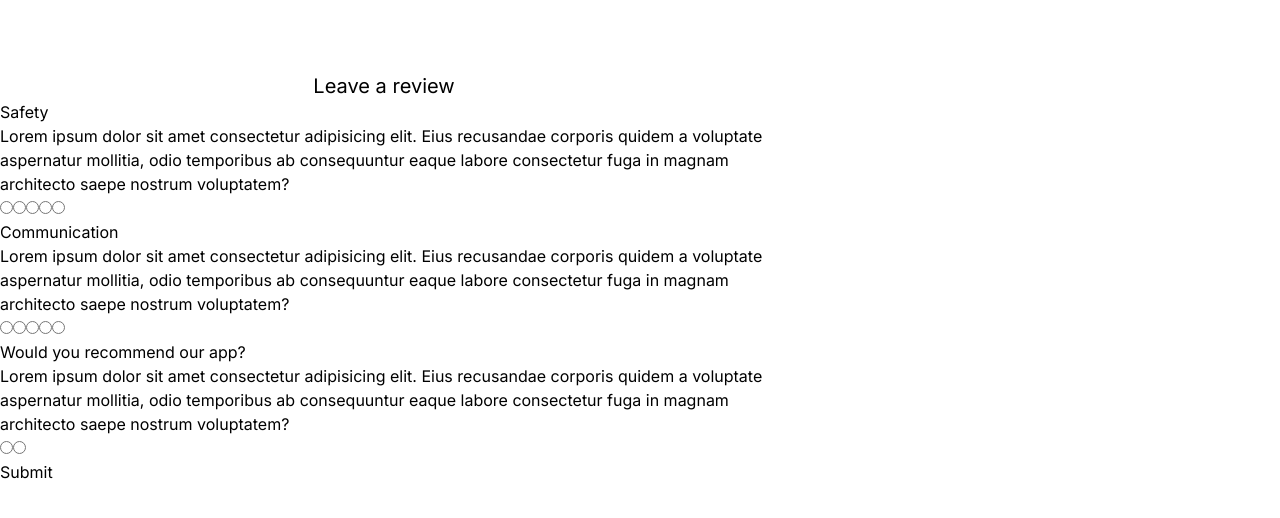
Repository: akankshaajoshi/review-form
Page: /review
These files come from the project's save history. The page is drawn as it stood at one moment and after the next save; the edit follows.
The browser window is 1280 px wide. The pictures show the whole page.
The project was rebuilt for these pictures with package versions that can differ from the ones it lists, and the page was loaded fresh each time. The framework's server and built-in components were replaced by stand-ins that run in the browser. Also part of the build but not shown: next.config.mjs.

Above is the page before, as saved 2024-05-25 12:28:20.

After the next save:
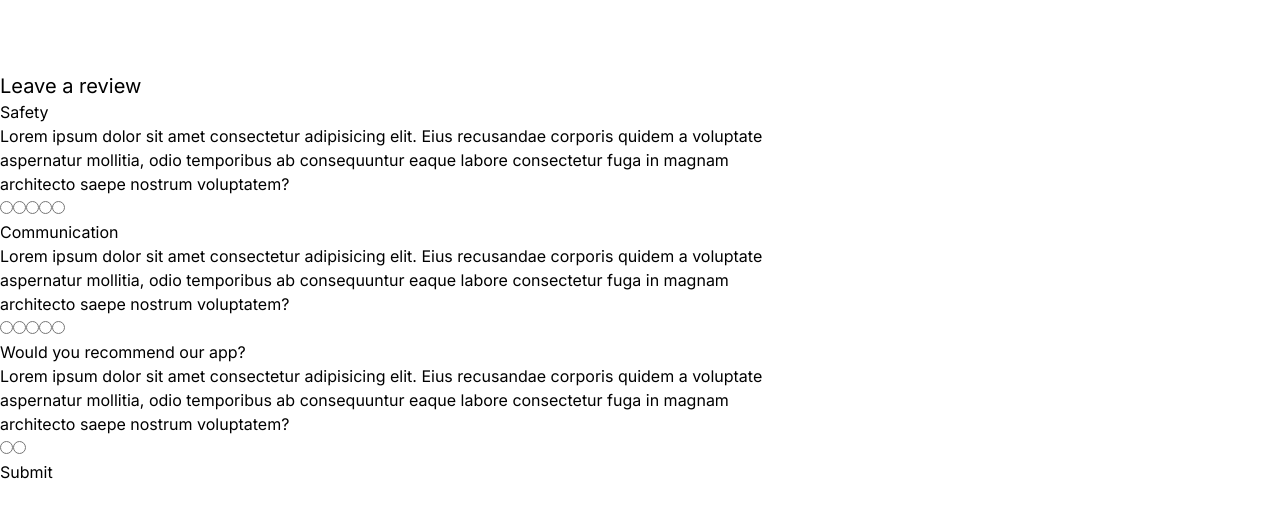
Saved 10 s later.
--- a/app/(routes)/review/page.tsx
+++ b/app/(routes)/review/page.tsx
@@ -20,7 +20,7 @@ export default function Review(){
     const [state, formAction] = useFormState(createReview, initialState);
     return (
         <div className="flex items-center w-[100vw] h-[100vh]">
-            <div className="flex flex-col gap-x-4 items-center h-[80vh] w-[60vw]">
+            <div className="flex flex-col gap-x-4 items-left h-[80vh] w-[60vw]">
             <h2 className="text-xl text-bold">Leave a review</h2>
             {state?.message}
             <form action={formAction}>
